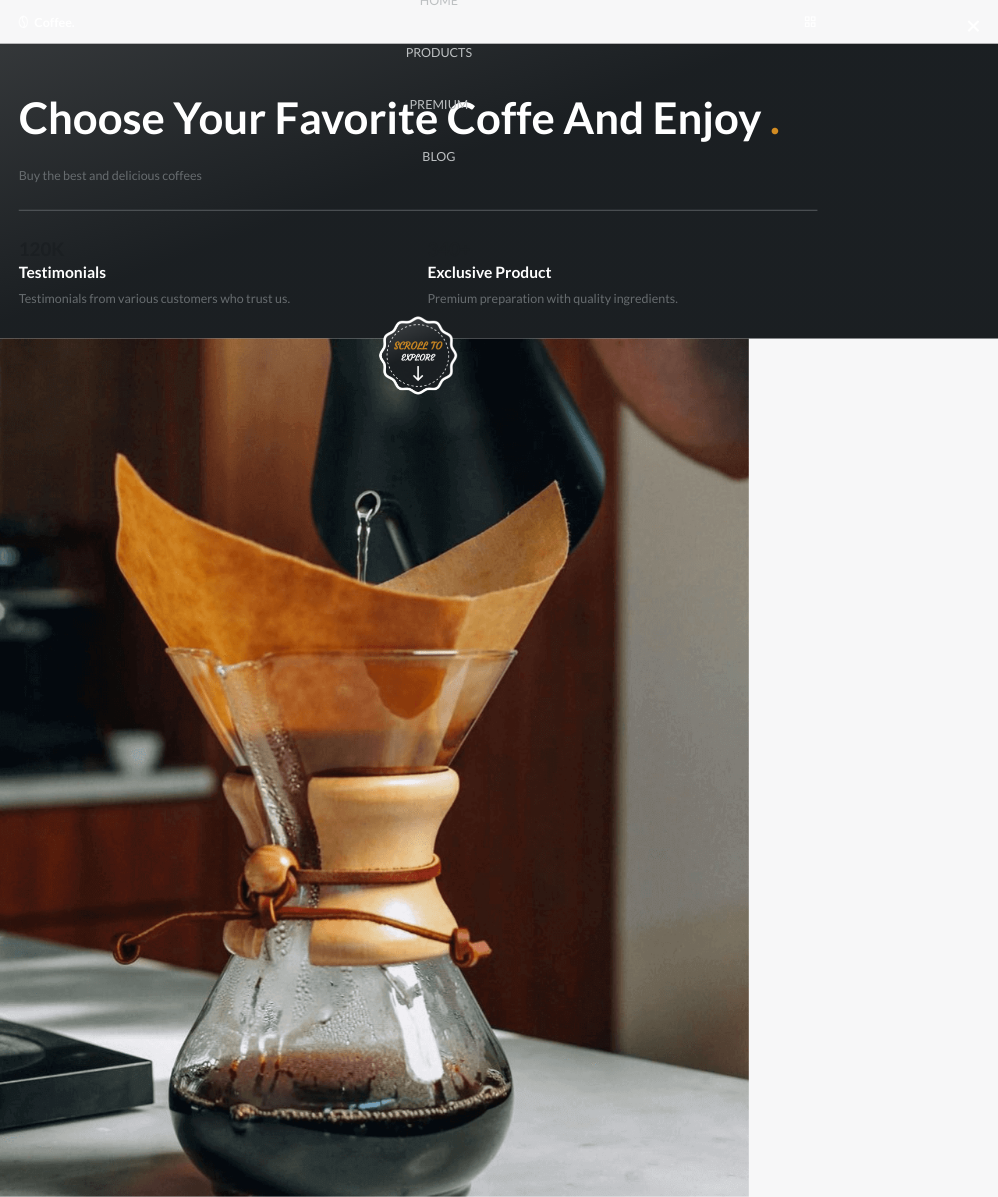
Repository: phong121020/coffee-responsive
Page: index.html
The author's editor kept a copy of each file at every save. The page is drawn from the files as they stood at one save, then again after the next save.
The browser window is 1280 px wide. The pictures show the whole page, at 78% of full size.

Above is the page before, as saved 2022-03-06 18:31:53.

### index.html
<!DOCTYPE html>
<html lang="en">
  <head>
    <meta charset="UTF-8" />
    <meta http-equiv="X-UA-Compatible" content="IE=edge" />
    <meta name="viewport" content="width=device-width, initial-scale=1.0" />
    <!-- link -->
    <link rel="stylesheet" href="./assets/css/style.css" />
    <!-- favicon -->
    <link
      rel="shortcut icon"
      href="./assets/img/favicon.png"
      type="image/x-icon"
    />
    <title>Document</title>
    <!-- boxicon -->
    <link
      href="https://unpkg.com/boxicons@2.1.1/css/boxicons.min.css"
      rel="stylesheet"
    />
  </head>
  <body>
    <!-- HEADER -->
    <header class="header" id="header">
      <nav class="nav container">
        <a href="#" class="nav__logo">
          <img src="./assets/img/logo.png" alt="" class="nav__logo-img" />
          Coffee.
        </a>
        <div class="nav__menu" id="nav-menu">
          <ul class="nav__list">
            <li class="nav__item">
              <a href="#home" class="nav__link">Home</a>
            </li>
            <li class="nav__item">
              <a href="#products" class="nav__link">Products</a>
            </li>
            <li class="nav__item">
              <a href="#premium" class="nav__link">Premium</a>
            </li>
            <li class="nav__item">
              <a href="#blog" class="nav__link">Blog</a>
            </li>
          </ul>
          <div class="nav__close" id="nav-close">
            <i class="bx bx-x"></i>
          </div>
        </div>
        <!-- Toggle button -->
        <div class="nav__toggle" id="nav-toggle">
          <i class="bx bx-grid-alt"></i>
        </div>
      </nav>
    </header>
    <!-- MAIN -->
    <main>
      <!-- HOME -->
      <section class="home grid" id="home">
        <div class="home__container">
          <div class="home__content container">
            <h1 class="home__title">
              Choose Your Favorite Coffe And Enjoy <span>.</span>
            </h1>
            <p class="home__desc">Buy the best and delicious coffees</p>
            <div class="home__data">
              <div class="home__data-group">
                <h2 class="home__data-number">120K</h2>
                <h3 class="home__data-title">Testimonials</h3>
                <p class="home__data-desc">
                  Testimonials from various customers who trust us.
                </p>
              </div>
              <div class="home__data-group">
                <h2 class="home__data-number">340+</h2>
                <h3 class="home__data-title">Exclusive Product</h3>
                <p class="home__data-desc">
                  Premium preparation with quality ingredients.
                </p>
              </div>
            </div>
            <a href="#specialty">
              <img src="./assets/img/scroll.png" alt="" class="home__scroll" />
            </a>
          </div>
        </div>
        <img src="./assets/img/home.png" alt="" class="home__img" />
      </section>
    </main>
    <!-- JS -->
    <script src="./assets/js/app.js"></script>
  </body>
</html>

### assets/css/style.css
/*=============== GOOGLE FONTS ===============*/
@import url("https://fonts.googleapis.com/css2?family=Lato:wght@400;700&display=swap");

/*=============== VARIABLES CSS ===============*/
:root {
  --header-height: 3.5rem;

  /*========== Colors ==========*/
  --first-color: hsl(36, 72%, 48%);
  --first-color-alt: hsl(36, 72%, 44%);
  --black-color: hsl(206, 12%, 12%);
  --card-color: hsl(0, 0%, 90%);
  --title-color: hsl(206, 12%, 12%);
  --text-color: hsl(206, 4%, 42%);
  --text-color-light: hsl(206, 4%, 75%);
  --body-color: hsl(206, 4%, 97%);
  --container-color: #fff;

  /*========== Font and typography ==========*/
  --body-font: "Lato", sans-serif;
  --biggest-font-size: 2.25rem;
  --h1-font-size: 1.5rem;
  --h2-font-size: 1.25rem;
  --h3-font-size: 1rem;
  --normal-font-size: 0.938rem;
  --small-font-size: 0.813rem;
  --smaller-font-size: 0.75rem;

  /*========== Font weight ==========*/
  --font-bold: 700;

  /*========== z index ==========*/
  --z-tooltip: 10;
  --z-fixed: 100;
}

@media screen and (min-width: 968px) {
  :root {
    --biggest-font-size: 3.5rem;
    --h1-font-size: 2.25rem;
    --h2-font-size: 1.5rem;
    --h3-font-size: 1.25rem;
    --normal-font-size: 1rem;
    --small-font-size: 0.875rem;
    --smaller-font-size: 0.813rem;
  }
}

/*=============== BASE ===============*/
* {
  box-sizing: border-box;
  padding: 0;
  margin: 0;
}

html {
  scroll-behavior: smooth;
}

body {
  font-family: var(--body-font);
  font-size: var(--normal-font-size);
  background-color: var(--body-color);
  color: var(--text-color);
}

h1,
h2,
h3 {
  color: var(--title-color);
  font-weight: var(--font-bold);
}

h1,
h2,
h3,
p {
  line-height: 140%;
}

ul {
  list-style: none;
}

a {
  text-decoration: none;
}

img {
  max-width: 100%;
  height: auto;
}

button {
  border: none;
  outline: none;
  cursor: pointer;
}

/*=============== REUSABLE CSS CLASSES ===============*/
.container {
  max-width: 1024px;
  margin-left: 1.5rem;
  margin-right: 1.5rem;
}

.grid {
  display: grid;
  gap: 1.5rem;
}

.section {
  padding: 4.5rem 0 2rem;
}

.section__title {
  position: relative;
  font-size: var(--h1-font-size);
  padding-left: 1.25rem;
  margin-bottom: 2.5rem;
}

.section__title::before {
  content: "";
  position: absolute;
  top: 8px;
  left: 0;
  width: 3px;
  height: 20px;
  background-color: var(--first-color);
}

/* HEADER & NAV */
.header {
  width: 100%;
  background-color: transparent;
  position: fixed;
  top: 0;
  left: 0;
  right: 0;
  z-index: var(--z-fixed);
}
.nav {
  height: var(--header-height);
  display: flex;
  justify-content: space-between;
  align-items: center;
}
.nav__logo,
.nav__toggle {
  color: #fff;
}
.nav__logo {
  display: flex;
  align-items: center;
  justify-content: center;
  column-gap: 0.5rem;
  font-weight: var(--font-bold);
}
.nav__logo-img {
  width: 0.75rem;
}
.nav__toggle {
  display: inline-flex;
  font-size: 1.15rem;
  cursor: pointer;
}

@media screen and (max-width: 767px) {
  .nav__menu {
    position: fixed;
    top: 0;
    right: -100%;
    background-color: var(--black-color);
    width: 100%;
    height: 100%;
    transition: 0.3s;
  }
  .nav__menu.is-show {
    right: 0;
  }
}
.nav__list {
  display: flex;
  flex-direction: column;
  text-align: center;
  row-gap: 3rem;
  padding-top: 9rem;
}
.nav__link {
  text-transform: uppercase;
  color: var(--text-color-light);
  transition: 0.3s;
}
.nav__link:hover {
  color: #fff;
}
.nav__close {
  font-size: 2rem;
  position: absolute;
  top: 1rem;
  right: 1rem;
  color: #fff;
  cursor: pointer;
}
/* HOME */
.home {
  gap: 0;
}
.home__container {
  padding: 7rem 0 2.5rem;
  background: linear-gradient(
    160deg,
    hsla(206, 4%, 24%, 1) -4%,
    hsla(206, 12%, 12%, 1) 46%
  );
}
.home__content {
  position: relative;
}
.home__title,
.home__data-title {
  color: #fff;
}
.home__title {
  font-size: var(--biggest-font-size);
  margin-bottom: 1.5rem;
}
.home__title span {
  color: var(--first-color);
}
.home__desc {
  margin-bottom: 2rem;
}
.home__data {
  border-top: 1px solid var(--text-color);
  padding-top: 2rem;
  display: grid;
  grid-template-columns: repeat(2, 1fr);
  column-gap: 1.5rem;
}
.home__data-title {
  font-size: var(--h3-font-size);
  margin-bottom: 0.5rem;
}
.home__scroll {
  position: absolute;
  width: 100px;
  bottom: -7rem;
  left: 0;
  right: 0;
  margin: 0 auto;
  animation: scroll 3s infinite;
}
/* SCROLL IMAGE ANIMATE */
@keyframes scroll {
  0% {
    transform: translateY(0);
  }
  50% {
    transform: translateY(-0.5rem);
  }
  100% {
    transform: translateY(0);
  }
}
/* CHANGE BACKGROUND HEADER */
.scroll-header {
  background-color: var(--body-color);
  box-shadow: 0 1px 4px hsla(0, 4%, 15%, 0.1);
}

### assets/js/app.js
// SHOW MENU
const navToggle = document.querySelector(".nav__toggle");
const navMenu = document.querySelector(".nav__menu");
const navClose = document.querySelector(".nav__close");
const navItem = document.querySelectorAll(".nav__item");
// MENU SHOW
if (navToggle) {
  navToggle.addEventListener("click", function () {
    navMenu.classList.add("is-show");
  });
}
//  MENU HIDDEN
if (navClose) {
  navClose.addEventListener("click", function () {
    navMenu.classList.remove("is-show");
  });
}
// REMOVE MENU MOBILE
[...navItem].forEach((item) =>
  item.addEventListener("click", function () {
    navMenu.classList.remove("is-show");
  })
);
//CHANGE BACKGROUND HEADER
window.addEventListener("scroll", scrollHeader);
function scrollHeader() {
  const header = document.querySelector(".header");
  const headerOffset = header.offsetHeight;
  const windowHeight = document.body.offsetHeight;
  console.log(windowHeight);
  if (headerOffset > 50) {
    header.classList.add("scroll-header");
  } else {
    header.classList.remove("scroll-header");
  }
}

After the next save:
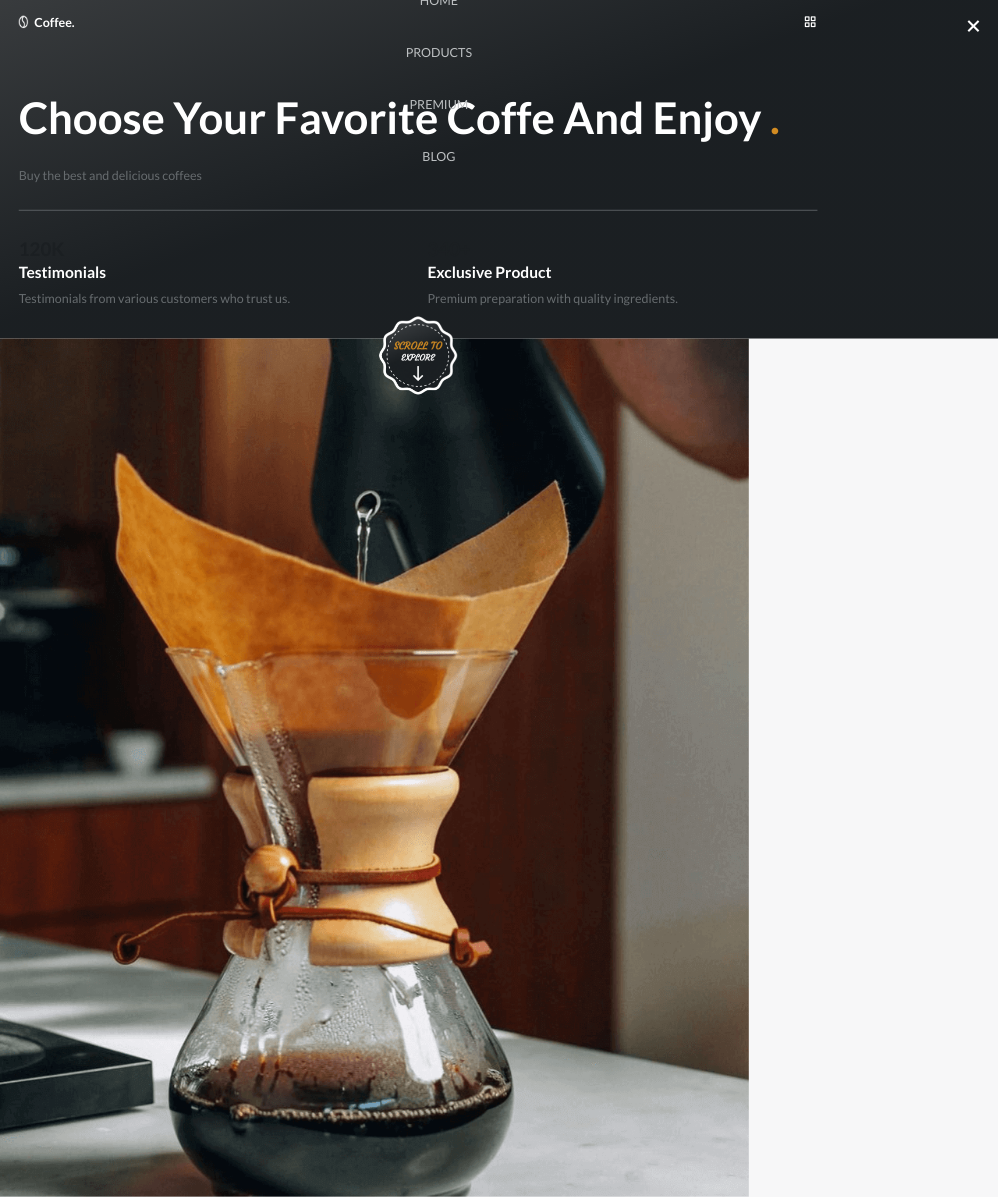
Saved 40 s later.
--- a/assets/js/app.js
+++ b/assets/js/app.js
@@ -22,15 +22,10 @@ if (navClose) {
   })
 );
 //CHANGE BACKGROUND HEADER
+function scrollHeader() {
+  const header = document.getElementById("header");
+  // When the scroll is greater than 50 viewport height, add the scroll-header class to the header tag
+  if (this.scrollY >= 50) header.classList.add("scroll-header");
+  else header.classList.remove("scroll-header");
+}
 window.addEventListener("scroll", scrollHeader);
-function scrollHeader() {
-  const header = document.querySelector(".header");
-  const headerOffset = header.offsetHeight;
-  const windowHeight = document.body.offsetHeight;
-  console.log(windowHeight);
-  if (headerOffset > 50) {
-    header.classList.add("scroll-header");
-  } else {
-    header.classList.remove("scroll-header");
-  }
-}
